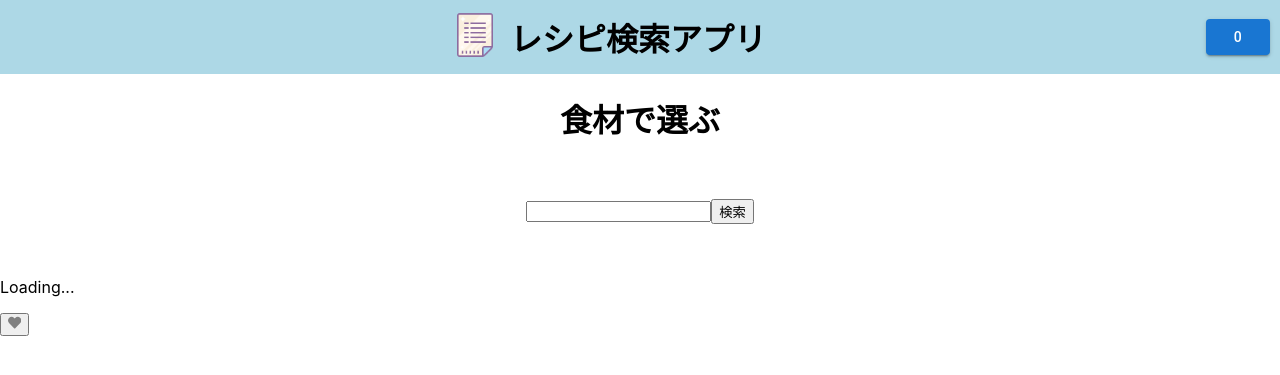
Repository: rweyb/recipe-search-app
Page: /ingredient
An editor plug-in stored every save of this project. The page is shown before and after the next save, followed by the edit.
The browser window is 1280 px wide. The pictures show the whole page.
The project was rebuilt for these pictures with package versions that can differ from the ones it lists, and the page was loaded fresh each time. Also part of the build but not shown: src/pages/HomePage.js, src/pages/FavoritesPage.js, src/pages/RecipePage.js, src/reducers/RecipeSearch.js.

Above is the page before, as saved 2024-06-20 14:30:45.

### src/App.js
import React from 'react';
import { Route, RouterProvider, createBrowserRouter,
      createRoutesFromElements, } from 'react-router-dom';
import { QueryClient,QueryClientProvider } from 'react-query';
import Layout from './components/Layout';
import RecipeResults from './components/RecipeResults';
import HomePage from './pages/HomePage';
import FavoritesPage from './pages/FavoritesPage';
import RecipePage from './pages/RecipePage';
import IngredientPage from './pages/IngredientPage'
import RecipeSearch from './reducers/RecipeSearch';

const queryClient = new QueryClient();

const router = createBrowserRouter(
    createRoutesFromElements(
      <>
      <Route path='/' element={<Layout />}>
          <Route index element={<HomePage />} />
          <Route path='/favorites' element={<FavoritesPage />} />
          <Route path='/recipe' element={<RecipePage />} />
          <Route path='/ingredient' element={<IngredientPage />} />
          <Route path='/results' element={<RecipeResults />} />
          <Route path='/search' element={<RecipeSearch />} />
    </Route>
      </>
    )
);



const App = () => {
  return (
    <>
    <QueryClientProvider client = {queryClient}>
    <RouterProvider router={router} />
    </QueryClientProvider>
    </>

  );
};

export default App;

### src/components/Layout.js
import React from 'react';
import Header from './Header';
import { Outlet } from 'react-router-dom';

const Layout = () => {
    return (
    <>
        <Header />
        <Outlet /> {/* ここで子ルートがレンダリングされます */}
    </>
    );
};

export default Layout;

### src/components/RecipeResults.js
import React from "react";
import { useState } from "react";
import { useEffect } from "react";



export default function SearchResults({ query }) {

    const [data, setData] =useState([]);
    const [isLoading, setLoading] =useState(true);
    const [error, setError] =useState(null);

    useEffect(() => {
        const fetchData = async () => {
            try {
                const response = await fetch (`https://app.rakuten.co.jp/services/api/Recipe/CategoryList/20170426?applicationId=1048012658384045599&categoryType=large${query ? `&keyword=${query}` : ''}`);

                if (!response.ok) {
                    throw new Error('Network response was not ok');
                }

                const result = await response.json();
                setData(result.categories || []);

            } catch (err) {
                setError(err.message);
            }finally {
                setLoading(false);
            }
        };
        if (query) {
            fetchData();
        }
    },[query]);

    if (isLoading) {
        return <p>Loading...</p>;
    }

    if(error) {
        return<p>Error: {error}</p>;
    }

    return(
        <div>
            {data.map((item, index) => (
            <div key={index}>
                {item.categoryName}
            </div>
            ))}
        </div>
    );
}

### src/pages/IngredientPage.js
import React, { useState } from 'react';
import { useNavigate } from 'react-router-dom';
import SearchBar from '../components/SearchBar';
import RecipeResults from '../components/RecipeResults';
import '../components/Style.css'
import FavoriteButton from '../components/FavoritesButton';

export default function RecipePage() {
    const navigate = useNavigate();
    const [results, setResults] = useState(null);


    const handleSearch = (query) => {
        console.log(query);
        navigate(`/search?query=${encodeURIComponent(query)}`);
        setResults(['レシピ1', 'レシピ2', 'レシピ3']);
    };

    return (
        <div>
            <h1>食材で選ぶ</h1>
            <SearchBar onSearch={handleSearch} />
            <RecipeResults result={results} />
            <FavoriteButton />
        </div>
    )
}

### src/components/Header.js
import React from 'react';
import logo2 from '../logo/logo2.png';
import { Button } from '@mui/material';
import { useRecoilValue } from 'recoil';
import { FavoritesRecipeState } from './FavoritesRecipeState';
import { Link } from 'react-router-dom';

export default function Header() {

const favoritesCount = useRecoilValue(FavoritesRecipeState);

    const headerStyle = {
        display: 'flex', // フレックスボックスを使用
        justifyContent: 'space-between',
        alignItems: 'center', // 要素を垂直方向の中央に配置
        backgroundColor: 'lightblue', // ヘッダーの背景色
        padding: '10px', // パディング
    };

    const logoAndTitleStyle = {
        display: 'flex', // フレックスボックスを使用
        alignItems: 'center', // 要素を垂直方向の中央に配置
        justifyContent: 'center', // 要素を水平方向の中央に配置
        flexGrow: 1, // 利用可能なスペースを埋める
    };

    const logoStyle = {
        height: '50px',
        marginRight: '10px',
        cursor: 'pointer',
    };


    return (
    <>
    <header style={headerStyle}>
    <div style={logoAndTitleStyle}>
        <Link to="/">
        <img src={logo2} style={logoStyle} alt="レシピ"  />
        </Link>

        <h1 style={{margin: '0'}}>レシピ検索アプリ</h1>
    </div>

        <Button variant='contained'>{favoritesCount}</Button>

    </header>
    </>
    );
}

### src/components/SearchBar.js
import React from "react";
import { useState } from "react";
import './Style.css'

export default function SearchBar({ onSearch }) {
const [query, setQuery] = useState('');

const handleSearch = () => {
  console.log('検索ボタンがクリックされました', query);
  onSearch(query);
};



return(
  <div className="search-container">
    <input
        type="text"
        value={query}
        onChange={(e) => setQuery(e.target.value)}
        />

        <button onClick={handleSearch}>検索</button>
  </div>
);
}

### src/components/Style.css
h1 {
    text-align: center;
    margin-bottom: 20px;
}

.search-container {
    display: flex;
    justify-content: center;
    align-items: center;
    height: 100px;
}

### src/components/FavoritesButton.js
import React, { useState } from 'react';
import { FaHeart } from 'react-icons/fa'; // react-iconsライブラリからFaHeartアイコンをインポート
import { useRecoilState } from 'recoil';
import { FavoritesRecipeState } from './FavoritesRecipeState';


const FavoriteButton = () => {

  const [, setCount] = useRecoilState(FavoritesRecipeState);
  const [isFavorite,setIsFavorite] =useState(false);


  const handleClick = () => {

   // カウントを増減する前に、isFavoriteの現在の値を確認
  if (!isFavorite) {
    console.log("isFavorite:true");
    // isFavoriteがtrueの場合、カウントを1増やす
    setCount((prevCount) => prevCount + 1);
  } else {
    console.log("isFavorite:false");
    // isFavoriteがfalseの場合、カウントが0より大きい場合のみ1減らす
    setCount((prevCount) => (prevCount > 0 ? prevCount - 1 : 0));
  }
  setIsFavorite((isFavorite) => !isFavorite);
  };

  return (
    <button onClick={handleClick} >
      <FaHeart color={isFavorite ? 'red' : 'grey'} />{""}
      {/* ハートアイコンを表示 */}
    </button>
  );
};

export default FavoriteButton;

### src/components/FavoritesRecipeState.js
import { atom } from 'recoil';



/*


ここは本来、値は配列で持たせましょう。
（教科書の TODO と同じ考え方です。TODOは、IDとタイトルが含まれたオブジェクトの配列だったと思いますが、
今回は

            {
                "categoryId": "31",
                "categoryName": "定番の肉料理",
                "categoryUrl": "https://recipe.rakuten.co.jp/category/31/"
            },
このような単位のオブジェクトの配列になります。
）

・上記の例でいうと、"31"のハートを押すと、31のオブジェクトが追加される。
"31"のハートを解除すると、31のオブジェクトが削除される。

・TODOのmax id を取得するコードが、教科書にはあったと思います。
今回それは不要ですが、お気に入りリストの件数を返す関数を用意してください。



*/













export const FavoritesRecipeState = atom({
    key: 'FavoritesRecipeState',
    default: 0,
});

Loaded but not shown: public/index.html (common file); src/index.js (common file); src/index.css (common file); src/reportWebVitals.js (common file)

After the next save:
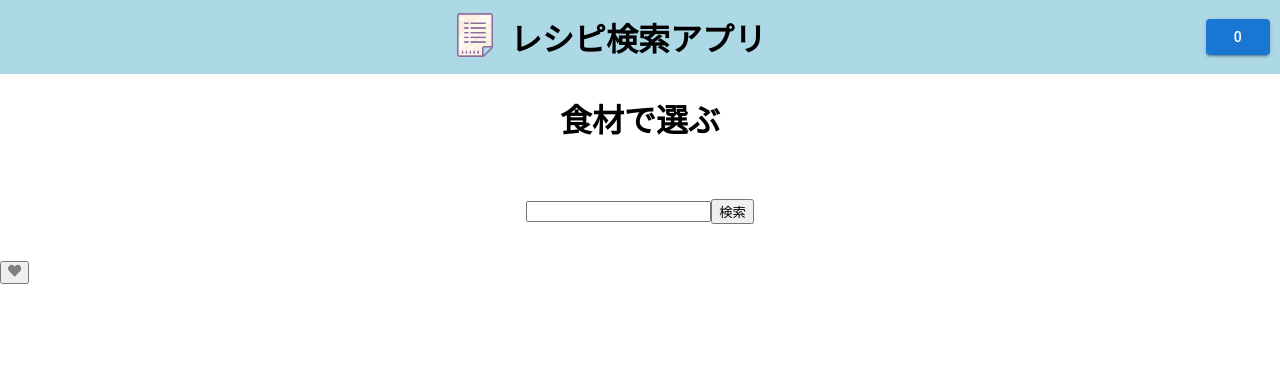
Saved 101 s later.
--- a/src/components/RecipeResults.js
+++ b/src/components/RecipeResults.js
@@ -10,36 +10,6 @@ export default function SearchResults({ query }) {
     const [isLoading, setLoading] =useState(true);
     const [error, setError] =useState(null);
 
-    useEffect(() => {
-        const fetchData = async () => {
-            try {
-                const response = await fetch (`https://app.rakuten.co.jp/services/api/Recipe/CategoryList/20170426?applicationId=1048012658384045599&categoryType=large${query ? `&keyword=${query}` : ''}`);
-
-                if (!response.ok) {
-                    throw new Error('Network response was not ok');
-                }
-
-                const result = await response.json();
-                setData(result.categories || []);
-
-            } catch (err) {
-                setError(err.message);
-            }finally {
-                setLoading(false);
-            }
-        };
-        if (query) {
-            fetchData();
-        }
-    },[query]);
-
-    if (isLoading) {
-        return <p>Loading...</p>;
-    }
-
-    if(error) {
-        return<p>Error: {error}</p>;
-    }
 
     return(
         <div>
